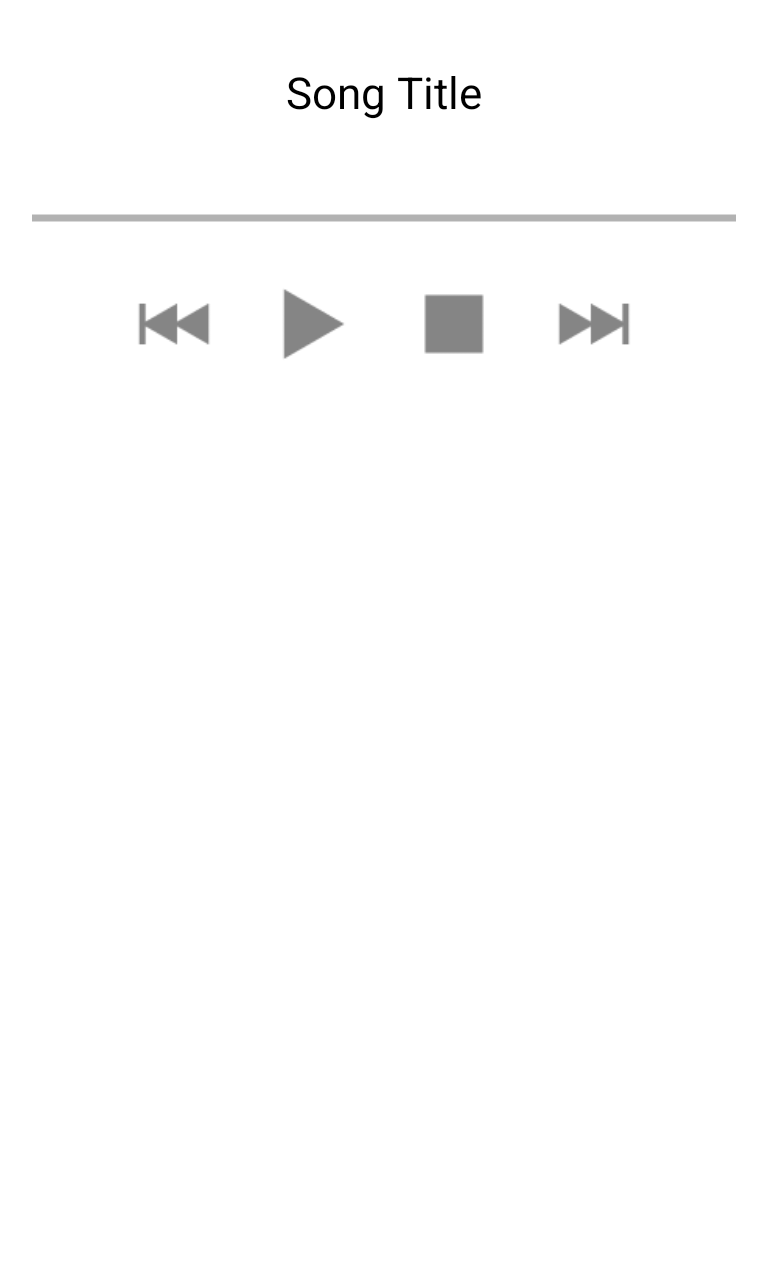
Repository: laurenelder/MDF3
Layout: MiniMediaPlayer/res/layout/activity_main.xml
An editor plug-in stored every save of this project. The layout is shown before and after the next save, followed by the edit.
It is drawn on a 768 x 1280 px phone screen (xhdpi) without system bars, with theme AppTheme; the app's code is not run.

Above is the layout before, as saved 2014-09-05 17:12:55.

After the next save:
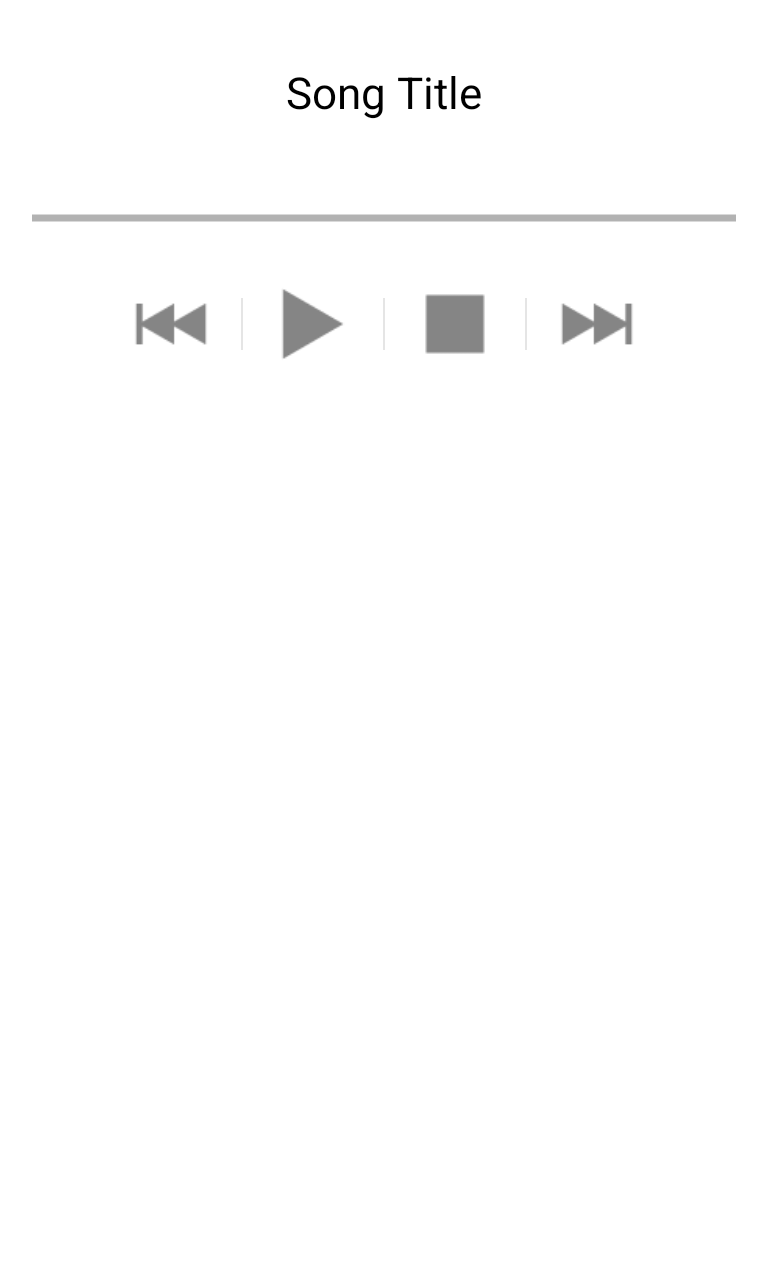
Saved 2 min 5 s later.
--- a/MiniMediaPlayer/res/layout/activity_main.xml
+++ b/MiniMediaPlayer/res/layout/activity_main.xml
@@ -30,7 +30,8 @@
         android:layout_width="match_parent"
         android:layout_height="wrap_content"
         android:layout_marginTop="20dp"
-        android:gravity="center" >
+        android:gravity="center"
+        android:style="?android:attr/buttonBarStyle" >
 
         <Button
             android:id="@+id/previousBtn"
@@ -38,6 +39,7 @@
             android:layout_height="50dp"
             android:layout_marginLeft="10dp"
             android:layout_marginRight="10dp"
+            android:style="?android:attr/buttonBarButtonStyle"
             android:background="@drawable/ic_action_previous" />
 
         <Button
@@ -55,6 +57,7 @@
             android:layout_height="50dp"
             android:layout_marginLeft="10dp"
             android:layout_marginRight="10dp"
+            android:style="?android:attr/buttonBarButtonStyle"
             android:background="@drawable/ic_action_stop" />
 
         <Button
@@ -63,6 +66,7 @@
             android:layout_height="50dp"
             android:layout_marginLeft="10dp"
             android:layout_marginRight="10dp"
+            android:style="?android:attr/buttonBarButtonStyle"
             android:background="@drawable/ic_action_next" />
 
     </LinearLayout>

After the save that followed:
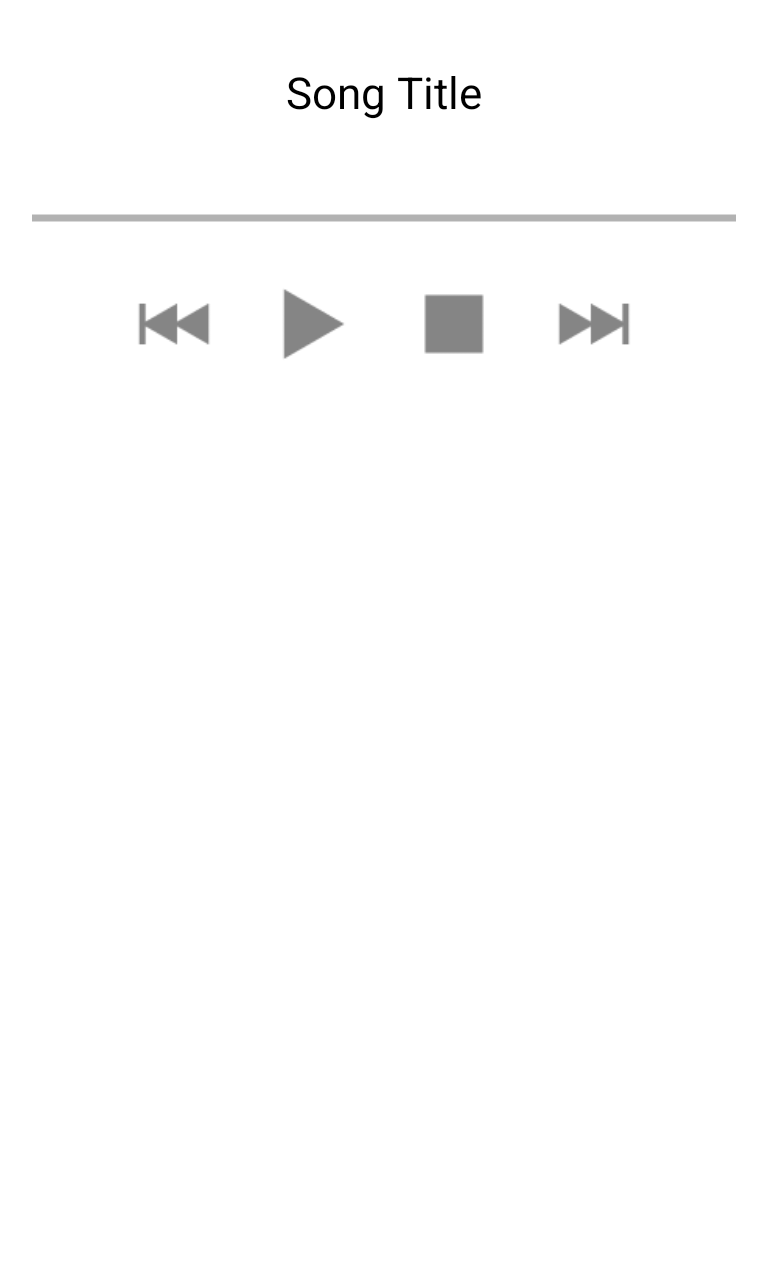
Saved 76 s later.
--- a/MiniMediaPlayer/res/layout/activity_main.xml
+++ b/MiniMediaPlayer/res/layout/activity_main.xml
@@ -30,8 +30,7 @@
         android:layout_width="match_parent"
         android:layout_height="wrap_content"
         android:layout_marginTop="20dp"
-        android:gravity="center"
-        android:style="?android:attr/buttonBarStyle" >
+        android:gravity="center" >
 
         <Button
             android:id="@+id/previousBtn"
@@ -39,7 +38,6 @@
             android:layout_height="50dp"
             android:layout_marginLeft="10dp"
             android:layout_marginRight="10dp"
-            android:style="?android:attr/buttonBarButtonStyle"
             android:background="@drawable/ic_action_previous" />
 
         <Button
@@ -48,7 +46,6 @@
             android:layout_height="50dp"
             android:layout_marginLeft="10dp"
             android:layout_marginRight="10dp"
-            android:style="?android:attr/buttonBarButtonStyle"
             android:background="@drawable/ic_action_play" />
 
         <Button
@@ -57,7 +54,6 @@
             android:layout_height="50dp"
             android:layout_marginLeft="10dp"
             android:layout_marginRight="10dp"
-            android:style="?android:attr/buttonBarButtonStyle"
             android:background="@drawable/ic_action_stop" />
 
         <Button
@@ -66,7 +62,6 @@
             android:layout_height="50dp"
             android:layout_marginLeft="10dp"
             android:layout_marginRight="10dp"
-            android:style="?android:attr/buttonBarButtonStyle"
             android:background="@drawable/ic_action_next" />
 
     </LinearLayout>
